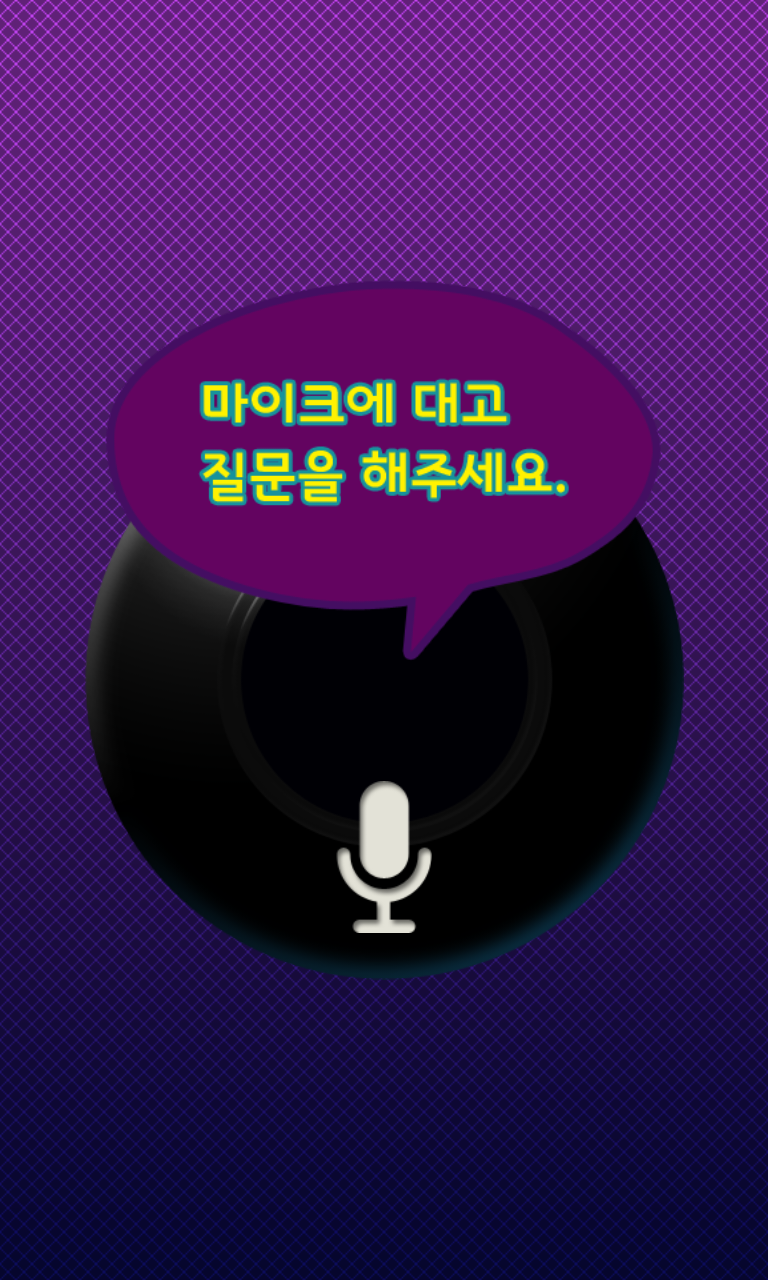
Repository: LimHeeJho/masicBall
Layout: MagicBall/res/layout/activity_main.xml
The author's editor kept a copy of each file at every save. The layout is drawn from the files as they stood at one save, then again after the next save.
It is drawn on a 768 x 1280 px phone screen (xhdpi) without system bars, with theme AppTheme; the app's code is not run.

Above is the layout before, as saved 2013-07-17 08:19:33.

After the next save:
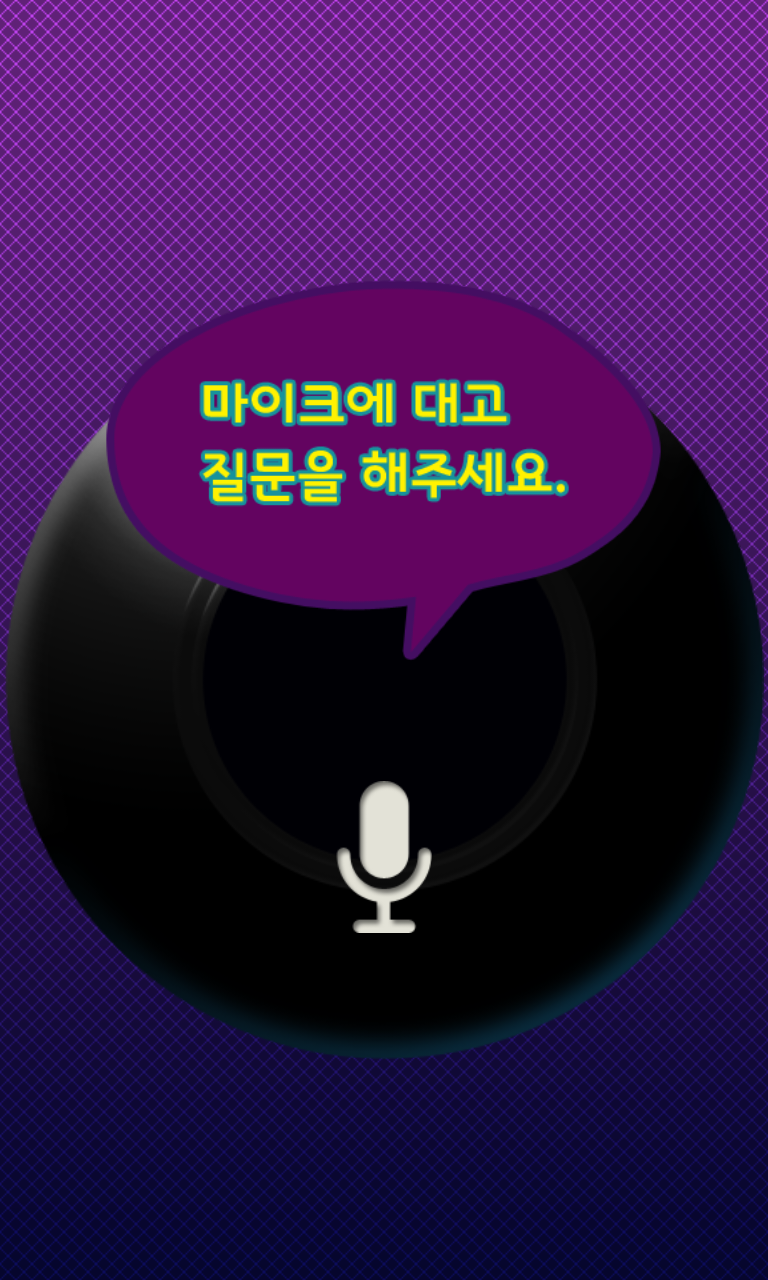
Saved 23 s later.
--- a/MagicBall/res/layout/activity_main.xml
+++ b/MagicBall/res/layout/activity_main.xml
@@ -12,7 +12,7 @@
         android:background="@drawable/background" >
 
         <RelativeLayout
-            android:layout_width="300dp"
+            android:layout_width="380dp"
             android:layout_height="400dp"
             android:layout_marginTop="140dp"
             android:layout_centerHorizontal="true"
